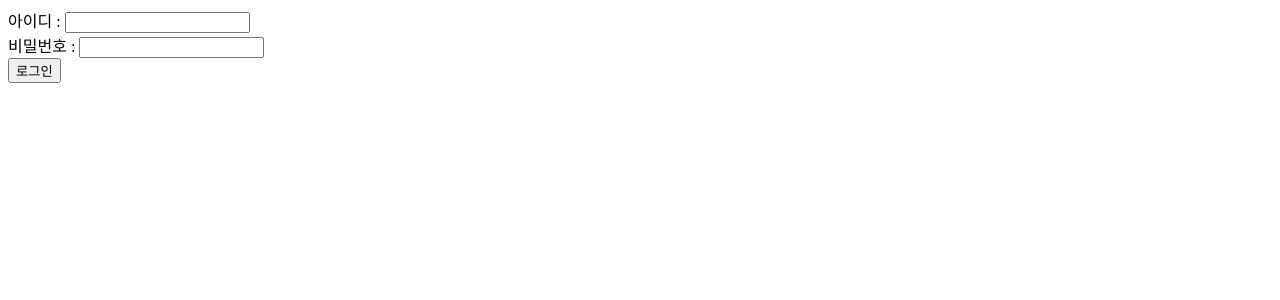
Repository: orieasy1/23-1-Programming-Study
Page: http://localhost/Jsp_DB/el_jstl/el02.jsp
The author's editor kept a copy of each file at every save. The page is drawn from the files as they stood at one save, then again after the next save.
The browser window is 1280 px wide. The pictures show the whole page.
The page is served by Tomcat 9.

Above is the page before, as saved 2023-08-26 08:51:02.

After the next save:
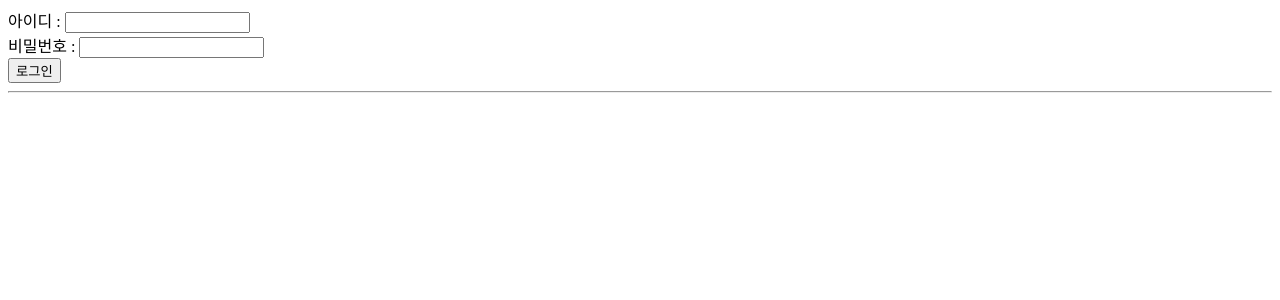
Saved 119 s later.
--- a/JSPcode/Jsp_DB/src/main/webapp/el_jstl/el02.jsp
+++ b/JSPcode/Jsp_DB/src/main/webapp/el_jstl/el02.jsp
@@ -17,5 +17,12 @@
 
 	</form>
 
+	<hr>
+
+	<%--
+		EL 내장객체 param 객체로, 넘어오는 파라미터 값을 사용할 수 있다.
+	 --%>
+
+
 </body>
 </html>
